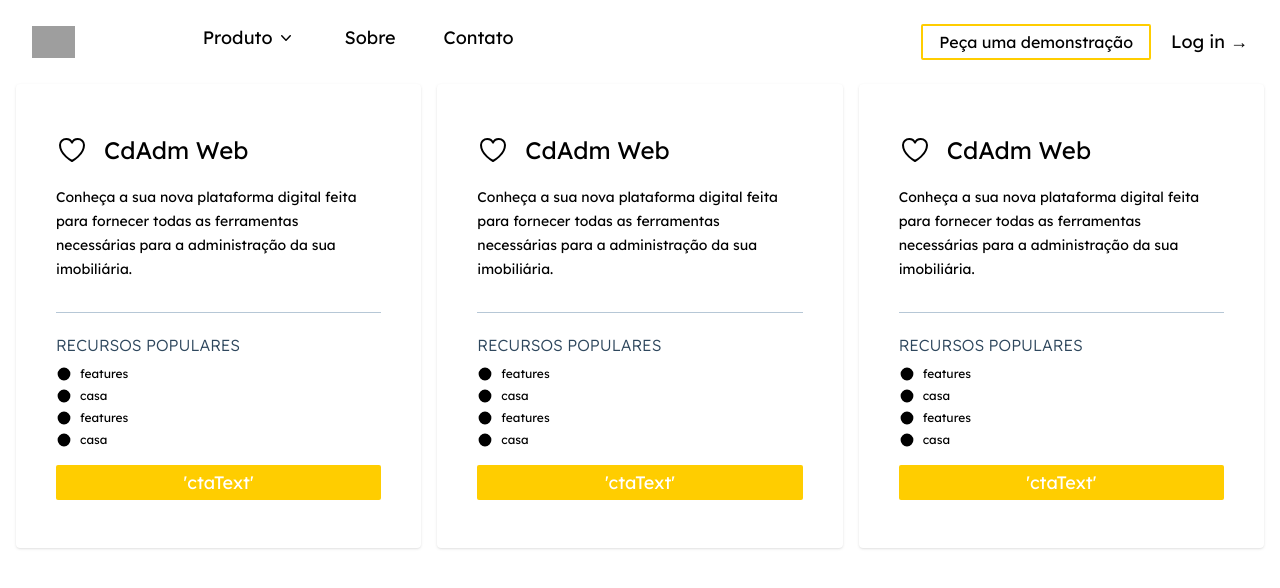
Repository: VereAbsolutum/site-institucional
Page: /
An editor plug-in stored every save of this project. The page is shown before and after the next save, followed by the edit.
The browser window is 1280 px wide. The pictures show the whole page.
Pictures or frames that could not be fetched are drawn as grey boxes. The project was rebuilt for these pictures with package versions that can differ from the ones it lists, and the page was loaded fresh each time. Also part of the build but not shown: vite.config.ts, src/presentation/components/buttons/button-primary.tsx, src/presentation/components/links/link-border-primary.tsx, src/presentation/components/links/link-border-white.tsx, src/presentation/components/typography/display.tsx, src/presentation/components/typography/heading1.tsx, src/presentation/components/typography/heading2.tsx, src/presentation/components/typography/heading3.tsx and 2 more.

Above is the page before, as saved 2023-04-14 23:59:24.

After the next save:
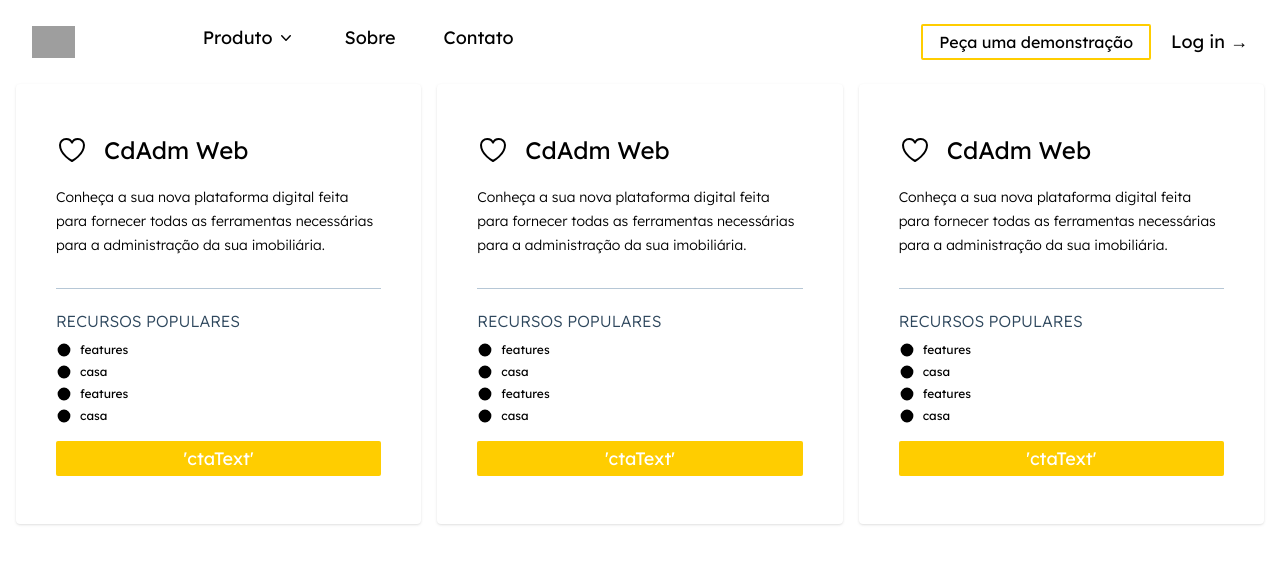
Saved 3 min 32 s later.
--- a/src/presentation/components/typography/paragraph-small.tsx
+++ b/src/presentation/components/typography/paragraph-small.tsx
@@ -3,7 +3,7 @@ import { TextBase } from '..';
 import { TextBaseProps } from './text-base';
 
 const textParagraphSmall: React.FC<TextBaseProps> = ({ children, className, ...rest }) => {
-    const baseClasses = 'text-sm font-light';
+    const baseClasses = 'text-sm font-300';
 
     return (
         <TextBase className={baseClasses} {...rest}>
